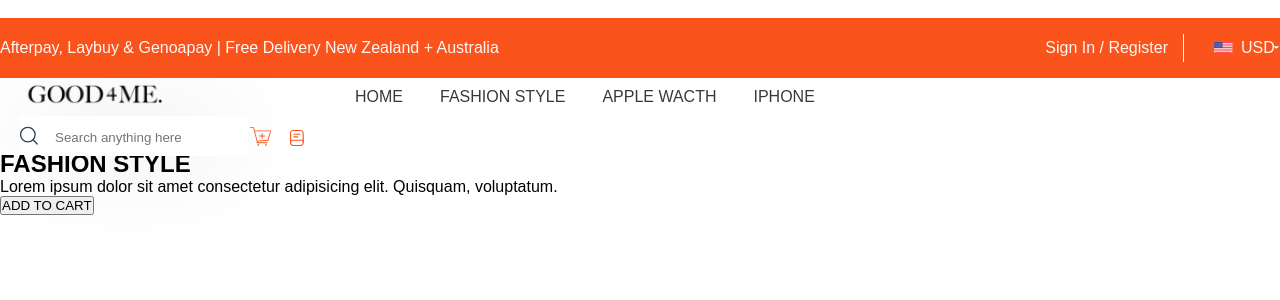
Repository: ThuatDev/shoppe_ale
Page: index.html
An editor plug-in stored every save of this project. The page is shown before and after the next save, followed by the edit.
The browser window is 1280 px wide. The pictures show the whole page.
Some web fonts or font styles are not loaded; a fallback is used.

Above is the page before, as saved 2023-08-07 17:54:15.

After the next save:
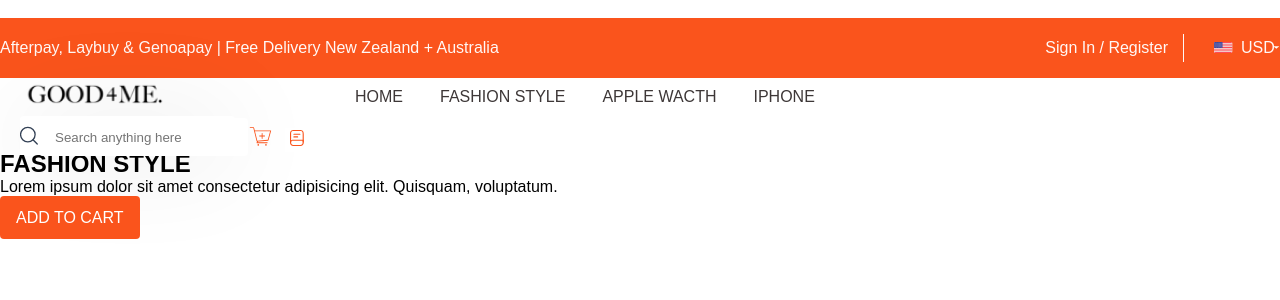
Saved 11 s later.
--- a/asset/css/style.css
+++ b/asset/css/style.css
@@ -186,7 +186,7 @@
   align-items: center;
   position: relative;
 }
-.bt-cart {
+.btn-cart {
   background-color: #fa541c;
   color: #fff;
   border: none;
